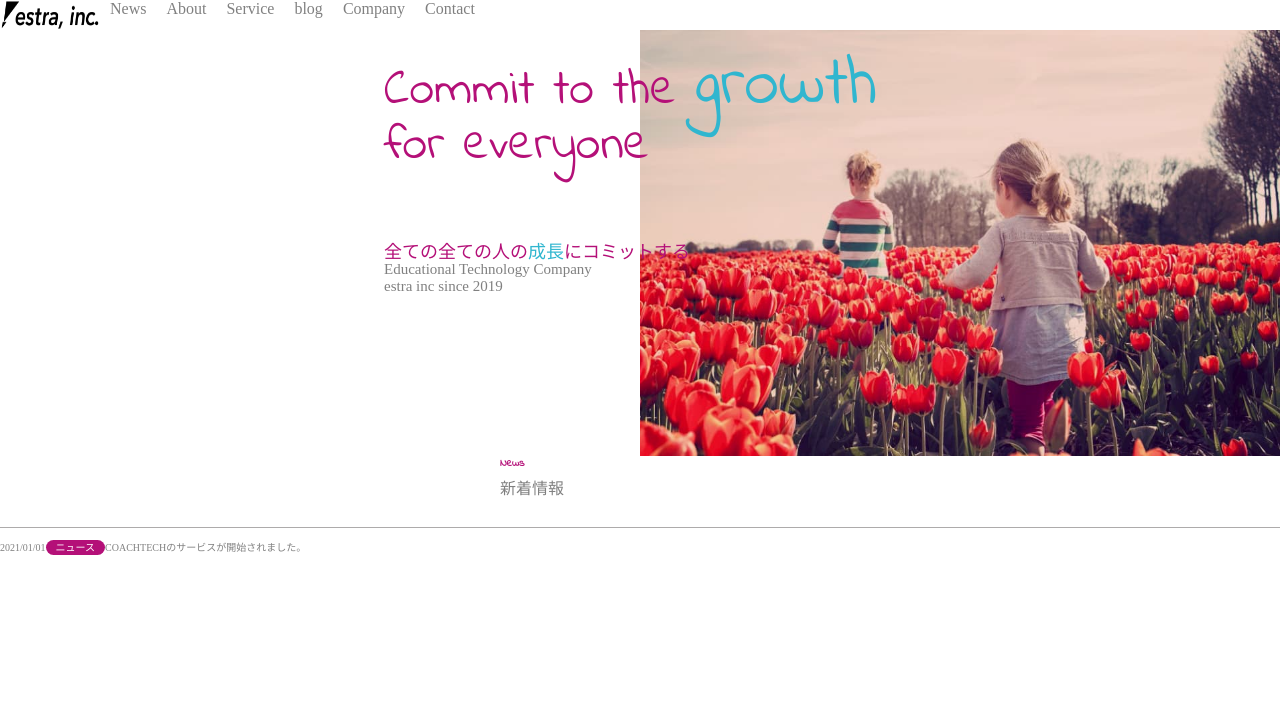
Repository: sigemasaasuka/20210902
Page: index.html
These files come from the project's save history. The page is drawn as it stood at one moment and after the next save; the edit follows.
The browser window is 1280 px wide. The pictures show the whole page.

Above is the page before, as saved 2021-09-17 13:34:26.

### index.html
<!DOCTYPE html>
<html lang="ja">

<head>
  <meta charset="UTF-8">
  <meta name="viewport" content="width=device-width, initial-scale=1.0">
  <title>Document</title>
  <link rel="stylesheet" href="css/style.css">
  <link rel="stylesheet" href="css/reset.css">
  <link rel="preconnect" href="https://fonts.googleapis.com">
  <link rel="preconnect" href="https://fonts.gstatic.com" crossorigin>
  <link href="https://fonts.googleapis.com/css2?family=Indie+Flower&display=swap" rel="stylesheet">
</head>

<body>
  <div class="flex">
    <img src="img/img/estra_logo.png" alt="estra_logo" width="100px" height="30px">
    <div class="parent">
      <div class="child">News</div>
      <div class="child">About</div>
      <div class="child">Service</div>
      <div class="child">blog</div>
      <div class="child">Company</div>
      <div class="child">Contact</div>

    </div>
  </div>
  <div class="relative">
    <img class="relative__img" src="img/img/firstview.jpg" alt="firstview">
    <div class="example">
      <h1>Commit to the <span class="document"> growth</span> <br>for everyone</h1>
    </div>
      <div class="second">
        <h3>全ての全ての人の<span class="second-txt">成長</span>にコミットする</h3>
        <p class="subtitle">Educational Technology Company<br>estra inc since 2019</p>
      </div>
    </div>
    <div class="smlltitle">
    <h6>News</h6>
    </div>
    <div class="list">
      <h3>新着情報</h3>
    </div>
  <div class="info">
    <p>
      2021/01/01<a class="practice__btn">ニュース</a>COACHTECHのサービスが開始されました。
    </p>
  </div>

</body>

</html>

### css/style.css
.img {
  text-align: left;
}

.parent {
  display: flex;
  justify-content: right;
  color: gray;
}

.child {
  margin: 0 10px;
  font-weight: lighter;
}

.flex {
  display: flex;
  justify-content: space-between;
  width: 100px;
  height: 30px;
}

.relative {
  position: relative;
}

.relative__img {
  margin: 0 0 0 auto;
  display: block;
  width: 50%;
}

.example {
  position: absolute;
  top: 5%;
  left: 30%;
  font-size: 50px;
  color: #b41078;
  font-family: "Indie Flower", cursive;
}

.document {
  top: 5%;
  left: 30%;
  font-size: 70px;
  color: #30b6cf;
  font-family: "Indie Flower", cursive;
}

.second {
  position: absolute;
  top: 50%;
  left: 30%;
  font-size: 18px;
  color: #b41078;
}

.second-txt {
  top: 50%;
  left: 30%;
  font-size: 18px;
  color: #30b6cf;
}

.subtitle {
  margin: 0;
  font-size: 15px;
  color: gray;
  font-weight: lighter;
}

.smlltitle {
  color: #b41078;
  font-family: "Indie Flower", cursive;
  margin-left: 500px;
}

.list {
  color: gray;
  margin-left: 500px;
  margin-top: 10px;
}

.local {
  margin-left: 500px;
  padding: 20px 10px;
  margin: 2em 0;
  border-color: grey;
  border-top: solid 2px gray;
  border-bottom: solid 2px;
}

.info {
  border-width: 1px 0 0 0;
  border-style: solid;
  border-color: rgb(173, 171, 171);
  height: 10px;
  margin-top: 30px;
  font-size: 10px;
  color: gray;
  line-height: 40px;
}

.practice__btn {
  width: 100px;
  padding: 2px 10px;
  color: #fff;
  border-radius: 30px;
  background-color: #b41078;
  text-align: center;
  margin: 0 auto 0;
}

### css/reset.css
@charset "UTF-8";
html,
body,
div,
span,
applet,
object,
iframe,
h1,
h2,
h3,
h4,
h5,
h6,
p,
blockquote,
pre,
a,
abbr,
acronym,
address,
big,
cite,
code,
del,
dfn,
em,
img,
ins,
kbd,
q,
s,
samp,
small,
strike,
strong,
sub,
sup,
tt,
var,
b,
u,
i,
center,
dl,
dt,
dd,
ol,
ul,
li,
fieldset,
form,
label,
legend,
table,
caption,
tbody,
tfoot,
thead,
tr,
th,
td,
article,
aside,
canvas,
details,
embed,
figure,
figcaption,
footer,
header,
hgroup,
menu,
nav,
output,
ruby,
section,
summary,
time,
mark,
audio,
video {
  margin: 0;
  padding: 0;
  border: none;
  font-style: normal;
  text-align: left;
  zoom: 1;
}
article,
aside,
details,
figcaption,
figure,
footer,
header,
hgroup,
menu,
nav,
section {
  display: block;
}
table {
  border-collapse: collapse;
  font-family: inherit;
}
h1,
h2,
h3,
h4,
h5 {
  font-size: 100%;
  font-weight: normal;
  line-height: 1;
}
input,
textarea,
select {
  font-family: inherit;
  font-size: 16px;
}
input[type="button"],
input[type="text"],
input[type="submit"] {
  -webkit-appearance: none;
  border-radius: 0;
}
textarea {
  resize: none;
  -webkit-appearance: none;
  border-radius: 0;
}
th,
td {
  border-collapse: collapse;
}
table th,
table td {
  white-space: nowrap;
}
ul,
ol {
  list-style-type: none;
}
img {
  vertical-align: text-bottom;
  vertical-align: -webkit-baseline-middle;
  max-width: 100%;
  height: auto;
  width/***/: auto;
}

After the next save:
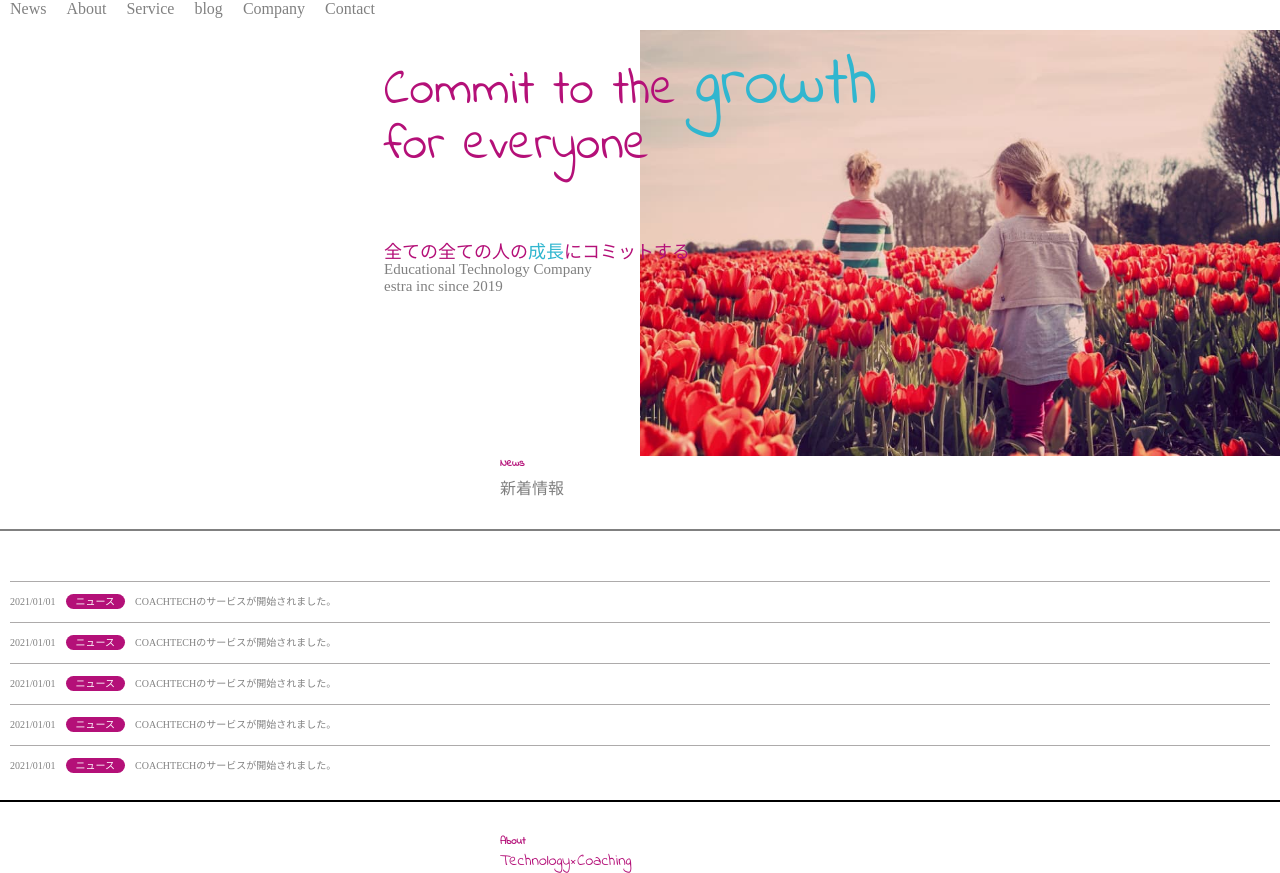
Saved 3 days later.
--- a/index.html
+++ b/index.html
@@ -14,7 +14,9 @@
 
 <body>
   <div class="flex">
+    <div class="logo">
     <img src="img/img/estra_logo.png" alt="estra_logo" width="100px" height="30px">
+    </div>
     <div class="parent">
       <div class="child">News</div>
       <div class="child">About</div>
@@ -41,11 +43,37 @@
     <div class="list">
       <h3>新着情報</h3>
     </div>
-  <div class="info">
-    <p>
-      2021/01/01<a class="practice__btn">ニュース</a>COACHTECHのサービスが開始されました。
-    </p>
-  </div>
+    <div class="local">
+      <div class="info">
+      <p>
+        2021/01/01　<a class="practice__btn">ニュース</a>　COACHTECHのサービスが開始されました。
+      </p>
+      </div>
+      <div class="info">
+        <p>
+          2021/01/01　<a class="practice__btn">ニュース</a>　COACHTECHのサービスが開始されました。
+        </p>
+      </div>
+      <div class="info">
+        <p>
+          2021/01/01　<a class="practice__btn">ニュース</a>　COACHTECHのサービスが開始されました。
+        </p>
+      </div>
+      <div class="info">
+        <p>
+          2021/01/01　<a class="practice__btn">ニュース</a>　COACHTECHのサービスが開始されました。
+        </p>
+      </div>
+      <div class="info">
+        <p>
+          2021/01/01　<a class="practice__btn">ニュース</a>　COACHTECHのサービスが開始されました。
+        </p>
+      </div>
+  　</div>
+  <div class="smlltitle">
+    <h6>About</h6>
+    <p class="list-2">
+      Technology×Coaching</p>
 
 </body>
 
